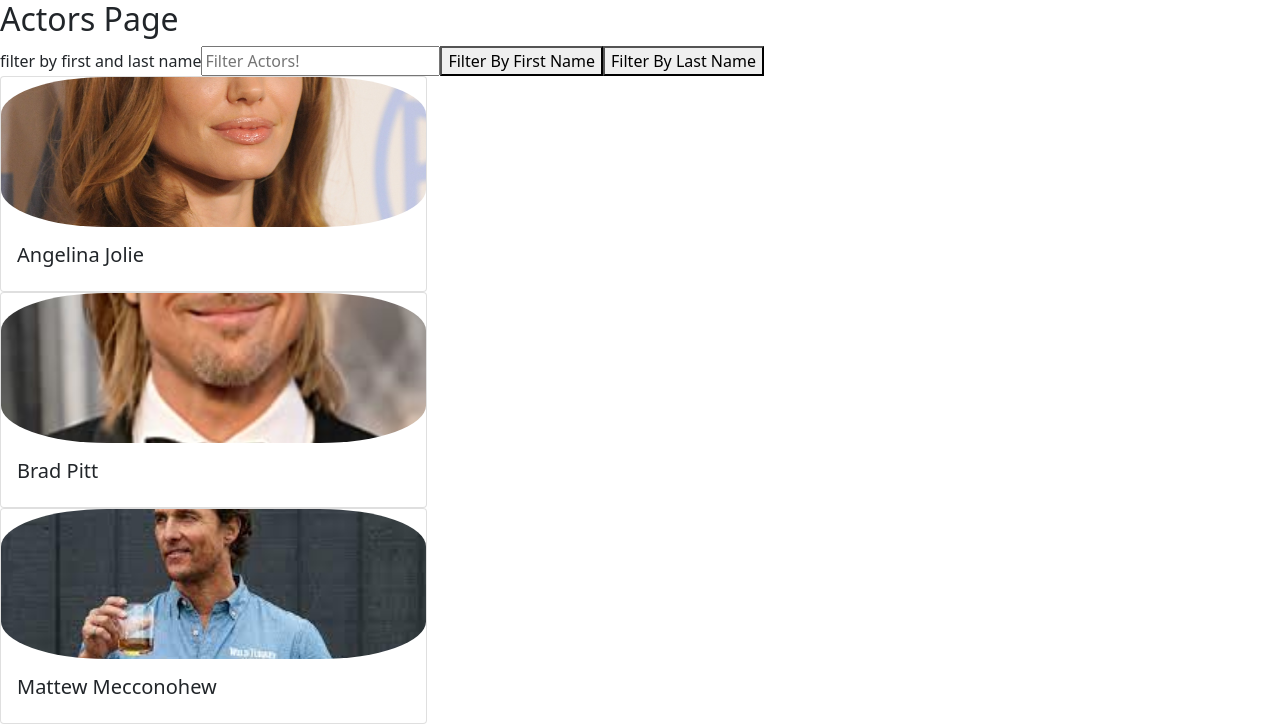
Repository: shuroo/FECourse-react-movieapp
Page: /
The author's editor kept a copy of each file at every save. The page is drawn from the files as they stood at one save, then again after the next save.
The browser window is 1280 px wide. The pictures show the whole page.
The project was rebuilt for these pictures with package versions that can differ from the ones it lists, and the page was loaded fresh each time. Also part of the build but not shown: src/App.css.

Above is the page before, as saved 2021-07-24 17:40:44.

### src/App.js
import logo from './logo.svg';
import './App.css';
import React, { useState } from 'react';
import Actor from './pages/Actor';
import 'bootstrap/dist/css/bootstrap.min.css';
import ActorsPage from './pages/ActorsPage';

function App() {
    return <ActorsPage / >
};

export default App;

### src/pages/ActorsPage.jsx
import React, { useState } from 'react';
import ActorModel from '../model/ActorModel';
//import angelinaImg from "pages/angeline.jpg";
import CardComponent from "../components/CardComponent";

import ImgGallery from "../components/ImgGallery";

function ActorsPage() {

    const allActors = [ new ActorModel("Angelina", "Jolie", new Date("04/06/1975"), "./angeline.jpg", "https://www.imdb.com/name/nm0001401/"),
    new ActorModel("Brad", "Pitt", new Date("04/06/1975"), "./brad_pitt.jpg", "https://www.imdb.com/name/nm0000093/"),
    new ActorModel("Mattew", "Mecconohew", new Date("04/06/1975"), "./mattehew_mecc.jpeg","https://www.imdb.com/name/nm0000190/")];

    const [actors, setActors] = useState(
        allActors
        //new ActorModel("Brad", "Pitt", new Date("04/06/1975"), "./brad_pitt.jpg", "https://www.imdb.com/name/nm0000093/"),
     )

     let actorsHtml = actors.map(act=> <CardComponent key={act.firstName+"1"} actor={act}/>)

    // firstName, lastName, birthday, image, imdbLink

    const [filterText, setFilterText] = useState("")
    const [sortCriteria, setSortCriteria] = useState("")

    function filterTextByEvent(e){
        let text = e.target.value;
        setFilterText(text);
        if(text === ""){
            setActors(allActors);
        }
    }
    function filterByFirstName(){
        let actorsFiltered = [...actors].filter(a=>a.firstName.startsWith(filterText));
        setActors(actorsFiltered);
    }

    function filterByLastName(){
         setActors(actors.filter(a=>a.lastName.startsWith(filterText)));
    }

    function sortBy(e){
        const criteria = e.target.value;
    }

    return (
        <div>
            <h2>Actors Page</h2>
            <div><label>filter by first and last name</label>
            <input type="text" value={filterText} onChange={(e)=>filterTextByEvent(e)}   placeholder="Filter Actors!"></input>
            <button onClick={filterByFirstName}>Filter By First Name</button>
            <button onClick={filterByLastName}>Filter By Last Name</button>
            <ImgGallery actorsHtml={actorsHtml}/>
            </div>

        </div>
    );
}

export default ActorsPage;

### src/model/ActorModel.jsx
class ActorModel{

    constructor(firstName, lastName, birthday, image, imdbLink){

        this.firstName = firstName;
        this.lastName = lastName;
        this.birthday = birthday;
        this.image = image;
        this.imdbLink = imdbLink;
        this.age = this.age.bind(this);
    }

    age(){
        var thisyear = new Date().getFullYear();
        var birthyear = this.birthday.getFullYear();
        return (thisyear - birthyear);
    }
}

export default ActorModel;

### src/components/CardComponent.jsx
import React from "react";
import './CardComponent.css';

function CardComponent({actor}) {

	return (

<div className=" card col col-md-4 col-lg-4 col-sm-4" onClick={(e)=>(window.open(actor.imdbLink, '_blank'))}>
  <img className="actorImg card-img-top" src={actor.image} alt={actor.firstName+" "+actor.lastName}/>
  <div className="card-body">
    <h5 className="card-title">{actor.firstName} {actor.lastName}</h5>
    <p className="card-text">{actor.age}
  </p></div>
  </div>
	)
}

export default CardComponent;

### src/components/ImgGallery.jsx
import React from "react";
import './CardComponent.css';

function ImgGallery({actorsHtml}){


return(
<div className="gallery">{actorsHtml}</div>

)

}

export default ImgGallery;

### src/components/CardComponent.css
.actorImg {
    border-radius: 25%;
    object-fit: cover;
    height: 150px;
}

.col {
    display: flex;
    flex-direction: column;
    justify-content: space-around;
}

Loaded but not shown: public/index.html (common file); src/index.js (common file); src/index.css (common file); src/reportWebVitals.js (common file); src/pages/Actor.jsx (no stored copy; drawn as an empty file)

After the next save:
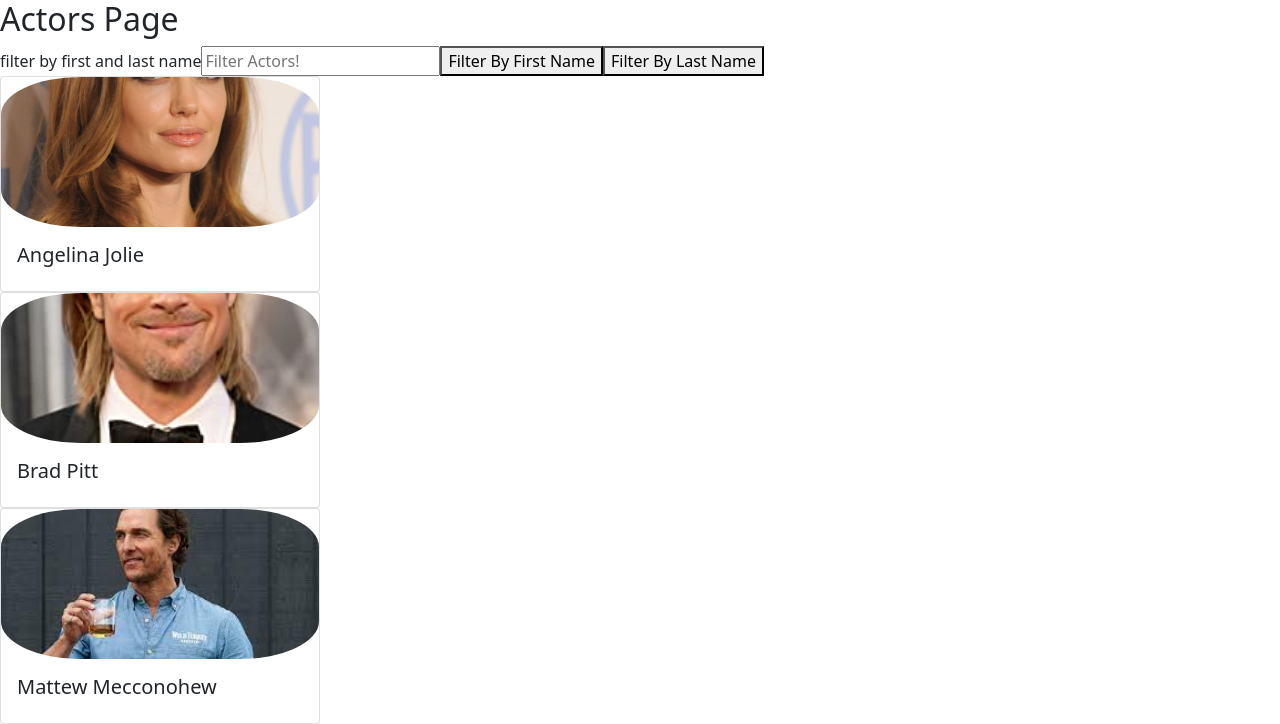
Saved 2 min 37 s later.
--- a/src/components/CardComponent.jsx
+++ b/src/components/CardComponent.jsx
@@ -5,7 +5,7 @@ function CardComponent({actor}) {
 
 	return (
 
-<div className=" card col col-md-4 col-lg-4 col-sm-4" onClick={(e)=>(window.open(actor.imdbLink, '_blank'))}>
+<div className=" card col col-md-3 col-lg-3 col-sm-3" onClick={(e)=>(window.open(actor.imdbLink, '_blank'))}>
   <img className="actorImg card-img-top" src={actor.image} alt={actor.firstName+" "+actor.lastName}/>
   <div className="card-body">
     <h5 className="card-title">{actor.firstName} {actor.lastName}</h5>
